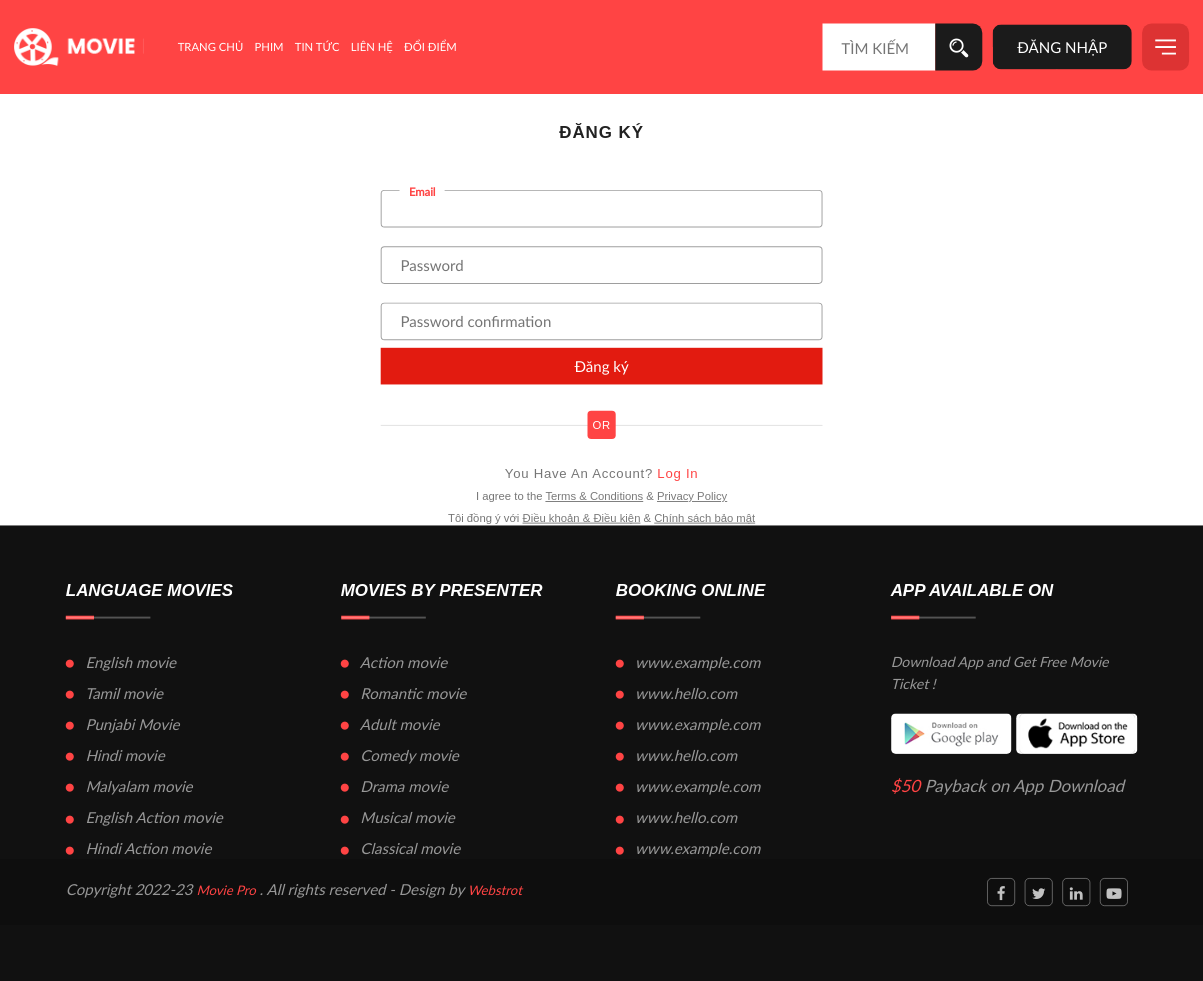
Repository: TK-NNH/DATN
Page: http://localhost/auth/register
The author's editor kept a copy of each file at every save. The page is drawn from the files as they stood at one save, then again after the next save.
The browser window is 1280 px wide. The pictures show the whole page, at 94% of full size.
Some web fonts or font styles are not loaded; a fallback is used. The page is served by the project's Laravel application, run on PHP 8.4 with Laravel 10. The database holds what the project's SQL file puts in it. Queries for data that is not in the repository find no rows.

Above is the page before, as saved 2024-12-19 22:21:04.

After the next save:
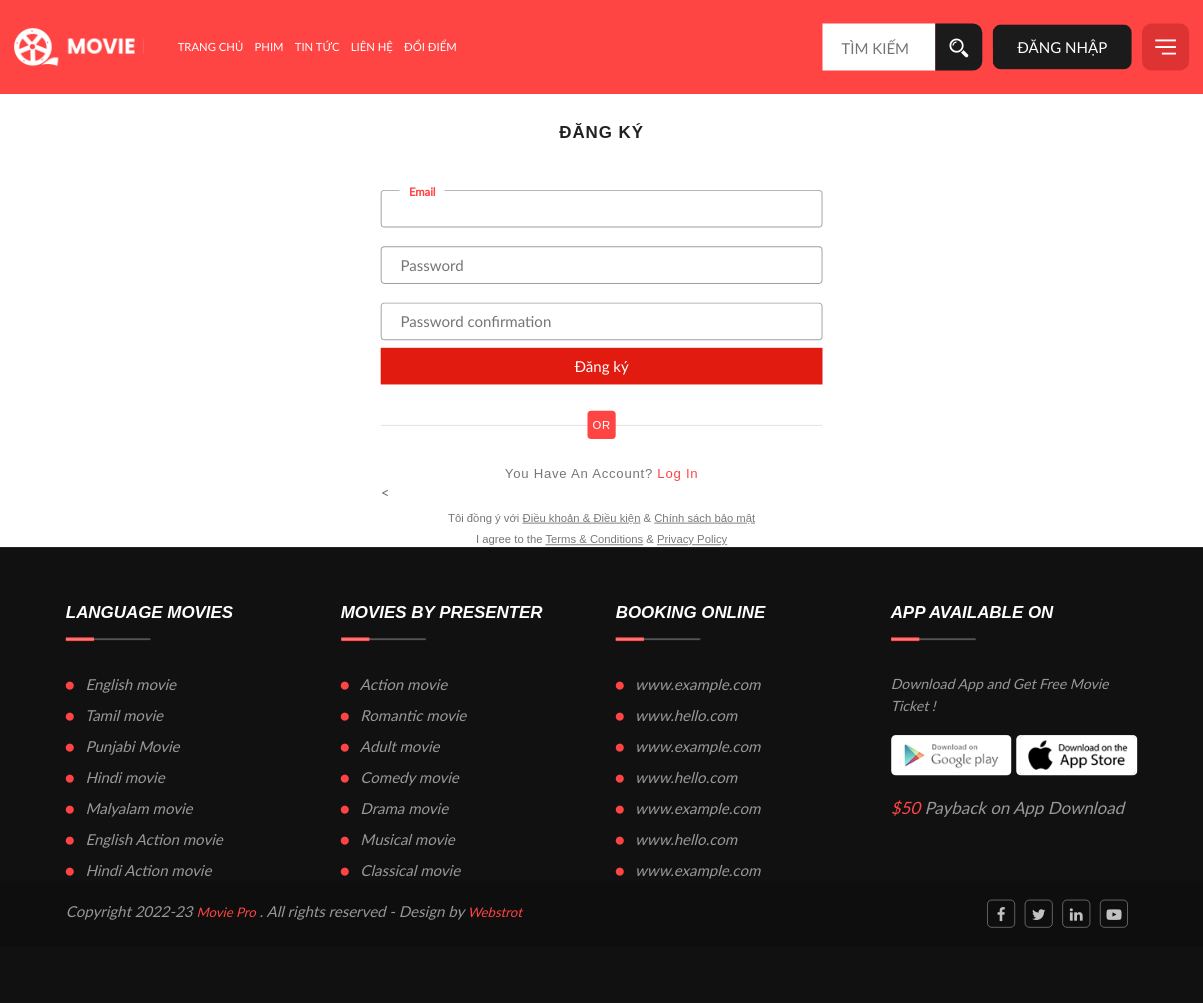
Saved 10 s later.
--- a/FilmHub-Booking/Backend-filmhub/resources/views/frontend/auth/register.blade.php
+++ b/FilmHub-Booking/Backend-filmhub/resources/views/frontend/auth/register.blade.php
@@ -98,12 +98,12 @@
                     </div>
                     <div class="st_form_pop_signin_btn float_left">
                         <h4>You have an account? <a href="{{ route('getLogin') }}">Log in</a></h4>
-                        <h5>I agree to the <a href="#">Terms & Conditions</a> & <a href="#">Privacy
-                                Policy</a></h5>
+                        <<h5>Tôi đồng ý với <a href="#">Điều khoản & Điều kiện</a> & <a href="#">Chính sách bảo mật</a></h5>
                     </div>
 
                     <div class="st_form_pop_signin_btn st_form_pop_signin_btn_signup float_left">
-                        <h5>Tôi đồng ý với <a href="#">Điều khoản & Điều kiện</a> & <a href="#">Chính sách bảo mật</a></h5>
+                        <h5>I agree to the <a href="#">Terms & Conditions</a> & <a href="#">Privacy
+                                Policy</a></h5>
                     </div>
                 @endif
 
